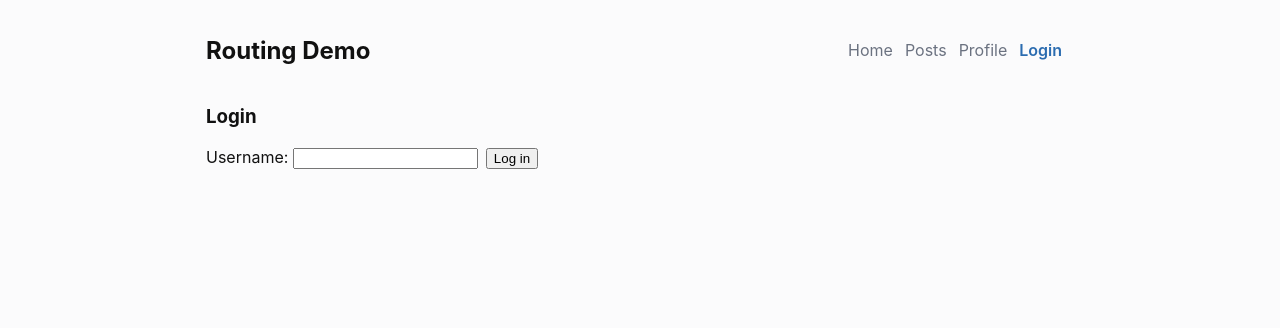
Repository: edunwant42/alx-fe-reactjs
Page: /profile (app in react-router-advanced/)
An editor plug-in stored every save of this project. The page is shown before and after the next save, followed by the edit.
The browser window is 1280 px wide. The pictures show the whole page.
The project was rebuilt for these pictures with package versions that can differ from the ones it lists, and the page was loaded fresh each time. Also part of the build but not shown: react-router-advanced/vite.config.js, react-router-advanced/src/components/Home.jsx, react-router-advanced/src/components/Profile.jsx, react-router-advanced/src/components/ProfileDetails.jsx, react-router-advanced/src/components/ProfileSettings.jsx, react-router-advanced/src/components/PostsList.jsx, react-router-advanced/src/components/Post.jsx.

Above is the page before, as saved 2025-08-24 11:52:35.

After the next save:
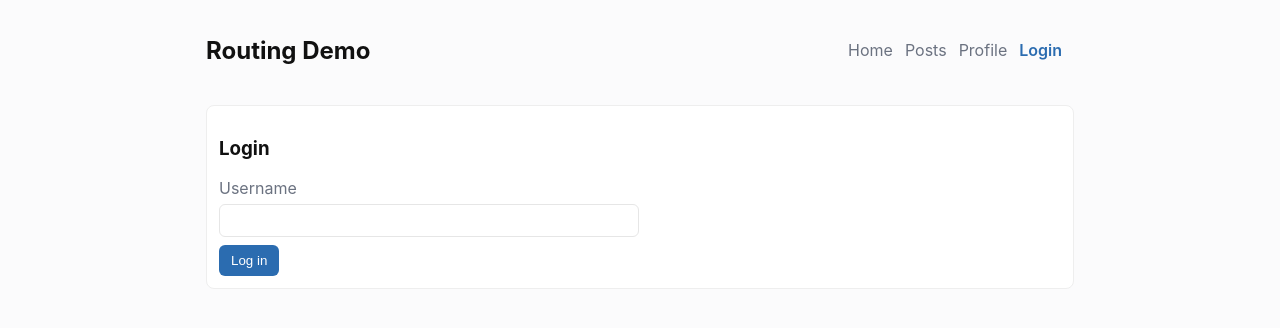
Saved 17 s later.
--- a/react-router-advanced/src/components/Login.jsx
+++ b/react-router-advanced/src/components/Login.jsx
@@ -15,15 +15,18 @@ export default function Login() {
   }
 
   return (
-    <div>
+    <div className="card">
       <h3>Login</h3>
-      <form onSubmit={handleSubmit}>
+      <form className="form" onSubmit={handleSubmit}>
         <label>
-          Username: <input value={username} onChange={(e) => setUsername(e.target.value)} />
+          Username
+          <input value={username} onChange={(e) => setUsername(e.target.value)} type="text" />
         </label>
-        <button style={{ marginLeft: 8 }} type="submit">
-          Log in
-        </button>
+        <div style={{ marginTop: 8 }}>
+          <button className="btn" type="submit">
+            Log in
+          </button>
+        </div>
       </form>
     </div>
   )
